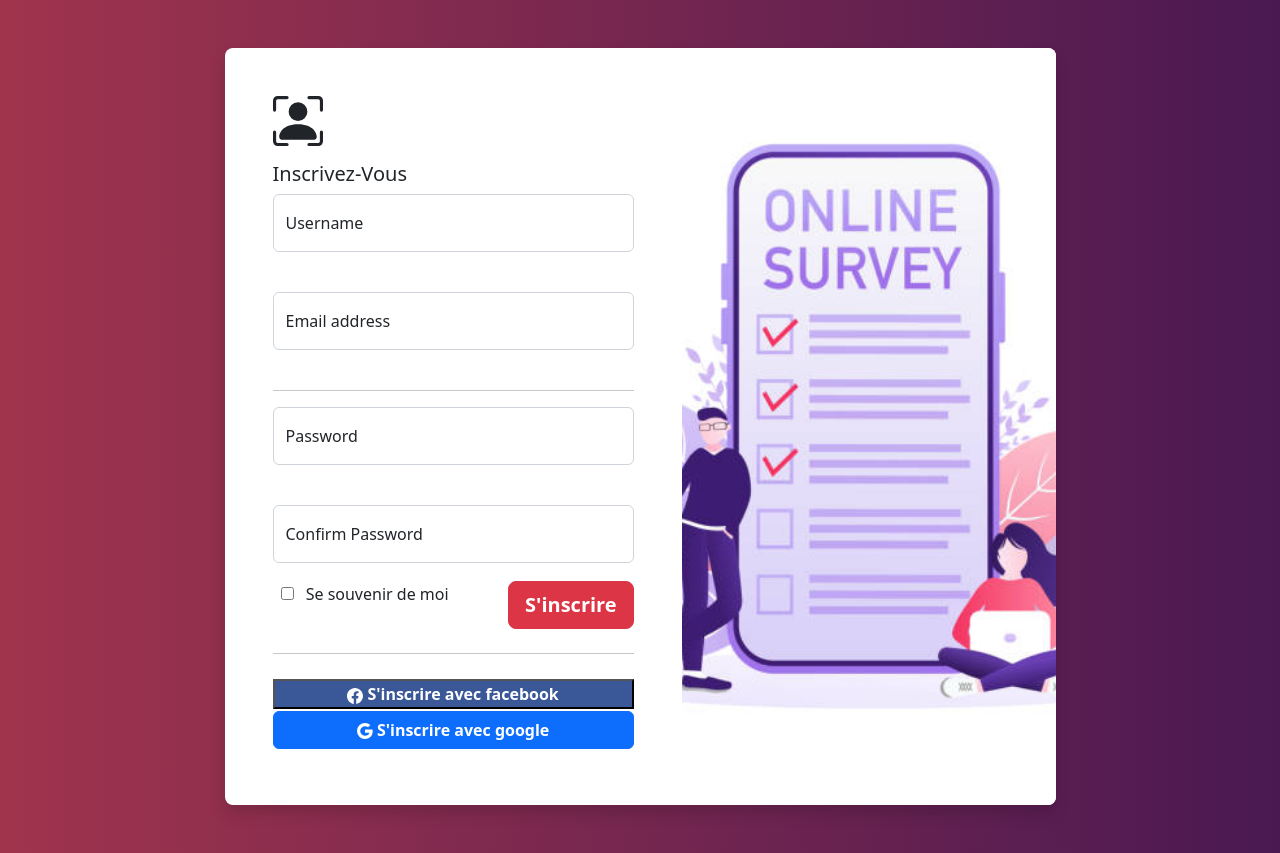
Repository: Djiamil/testsMoustaphaDER
Page: index.html
The author's editor kept a copy of each file at every save. The page is drawn from the files as they stood at one save, then again after the next save.
The browser window is 1280 px wide. The pictures show the whole page.

Above is the page before, as saved 2022-12-09 00:48:16.

After the next save:
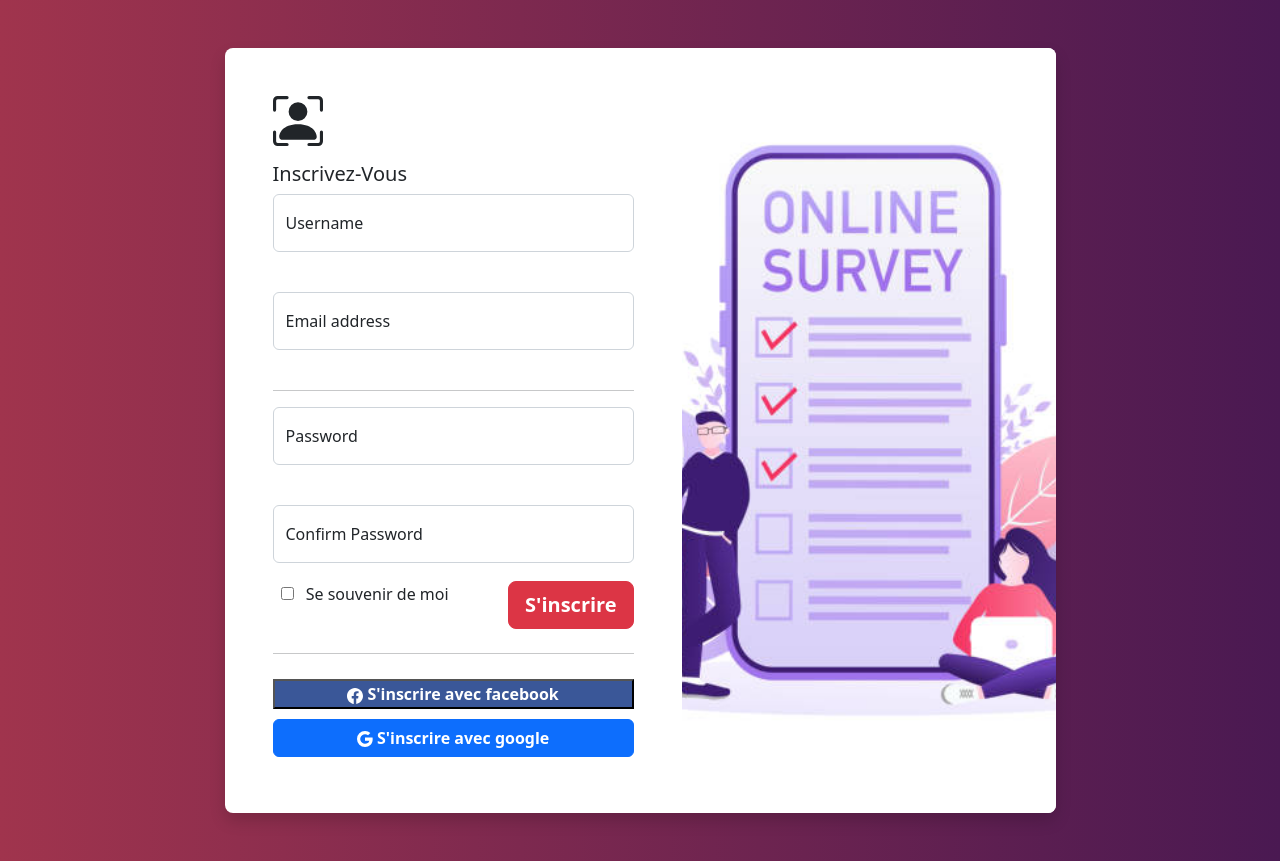
Saved 24 s later.
--- a/index.html
+++ b/index.html
@@ -58,7 +58,7 @@
 
                     <hr class="my-4">
                 </form>
-                    <div class="d-grid">
+                    <div class="d-grid mb-2">
                         <button class="btn-facebook btn-login fw-bold ">
                             <svg xmlns="http://www.w3.org/2000/svg" width="16" height="16" fill="currentColor" class="bi bi-facebook" viewBox="0 0 16 16">
                                 <path d="M16 8.049c0-4.446-3.582-8.05-8-8.05C3.58 0-.002 3.603-.002 8.05c0 4.017 2.926 7.347 6.75 7.951v-5.625h-2.03V8.05H6.75V6.275c0-2.017 1.195-3.131 3.022-3.131.876 0 1.791.157 1.791.157v1.98h-1.009c-.993 0-1.303.621-1.303 1.258v1.51h2.218l-.354 2.326H9.25V16c3.824-.604 6.75-3.934 6.75-7.951z"/>
